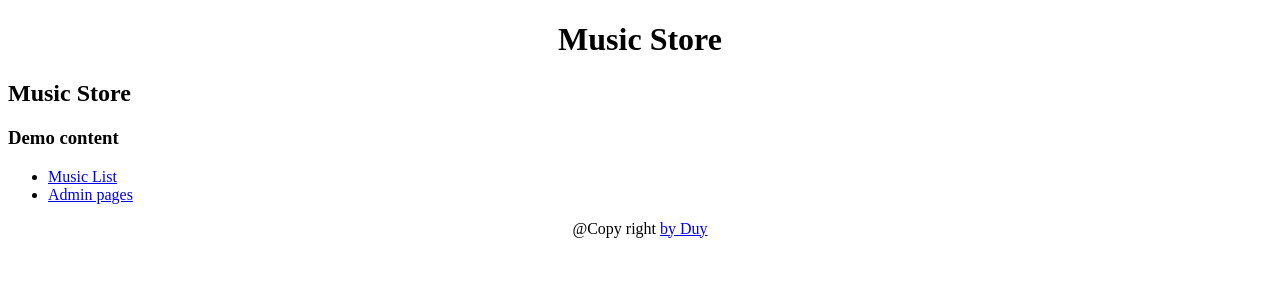
Repository: OnlyLight/Dua_Thu
Page: http://localhost/MusicStore/
The author's editor kept a copy of each file at every save. The page is drawn from the files as they stood at one save, then again after the next save.
The browser window is 1280 px wide. The pictures show the whole page.
The page is served by Tomcat 9.

Above is the page before, as saved 2018-05-13 06:19:27.

After the next save:
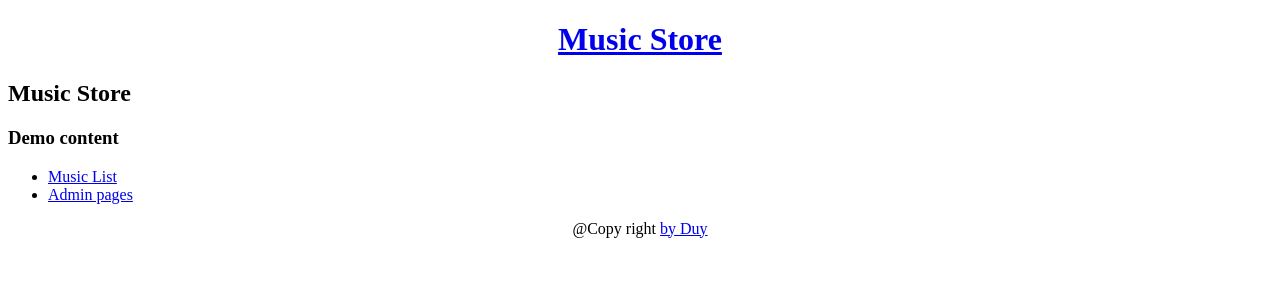
Saved 64 s later.
--- a/JavaWeb/MusicStore/src/main/webapp/WEB-INF/views/_header.jsp
+++ b/JavaWeb/MusicStore/src/main/webapp/WEB-INF/views/_header.jsp
@@ -2,5 +2,5 @@
 	pageEncoding="UTF-8"%>
 
 <div style="text-align: center">
-	<h1>Music Store</h1>
+	<h1><a href="index">Music Store</a></h1>
 </div>
